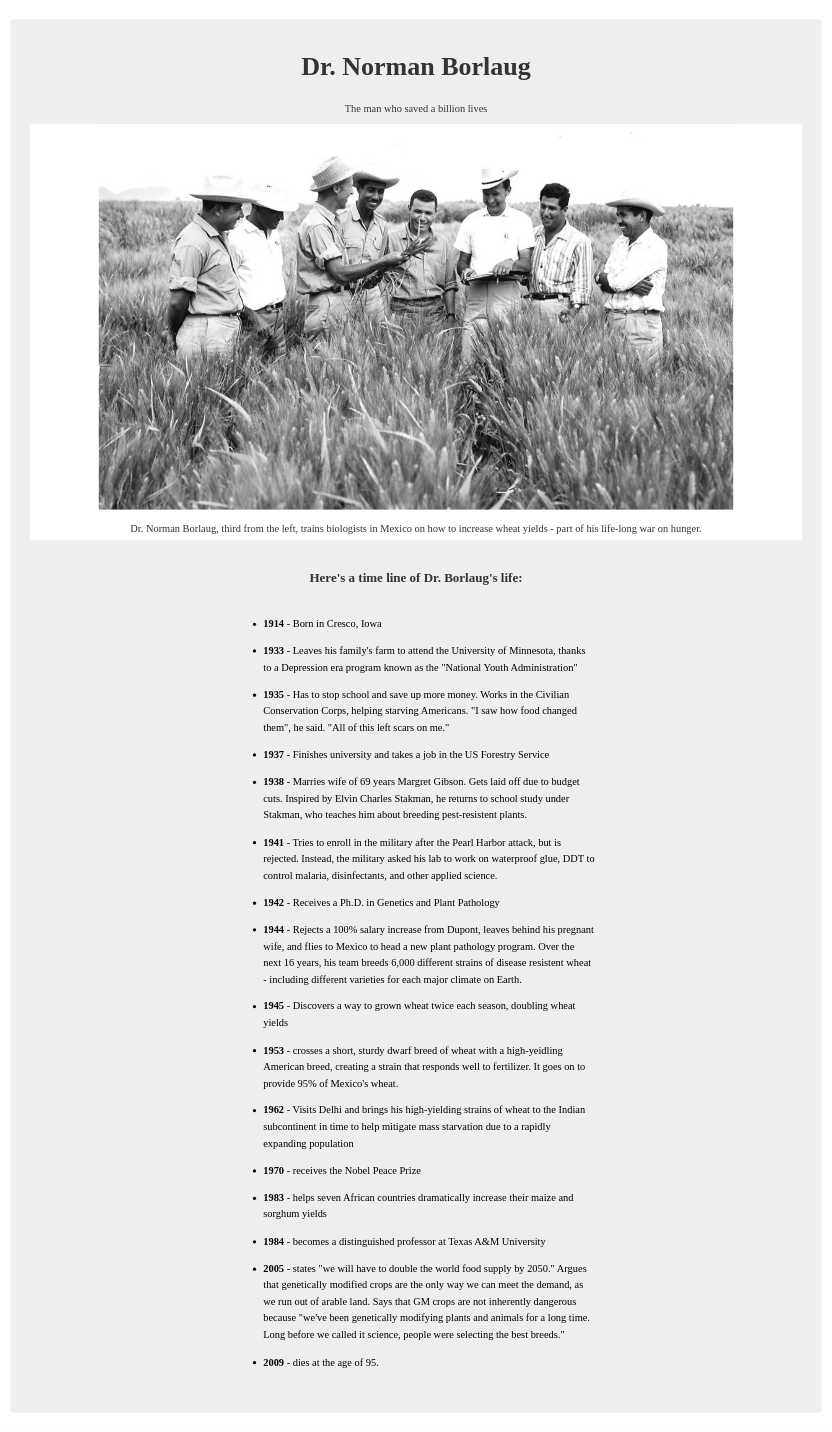
Repository: HTDuy01/github-demo
Page: freecodecamp/index.html
The author's editor kept a copy of each file at every save. The page is drawn from the files as they stood at one save, then again after the next save.
The browser window is 1280 px wide. The pictures show the whole page, at 65% of full size.

Above is the page before, as saved 2021-11-18 21:11:56.

After the next save:
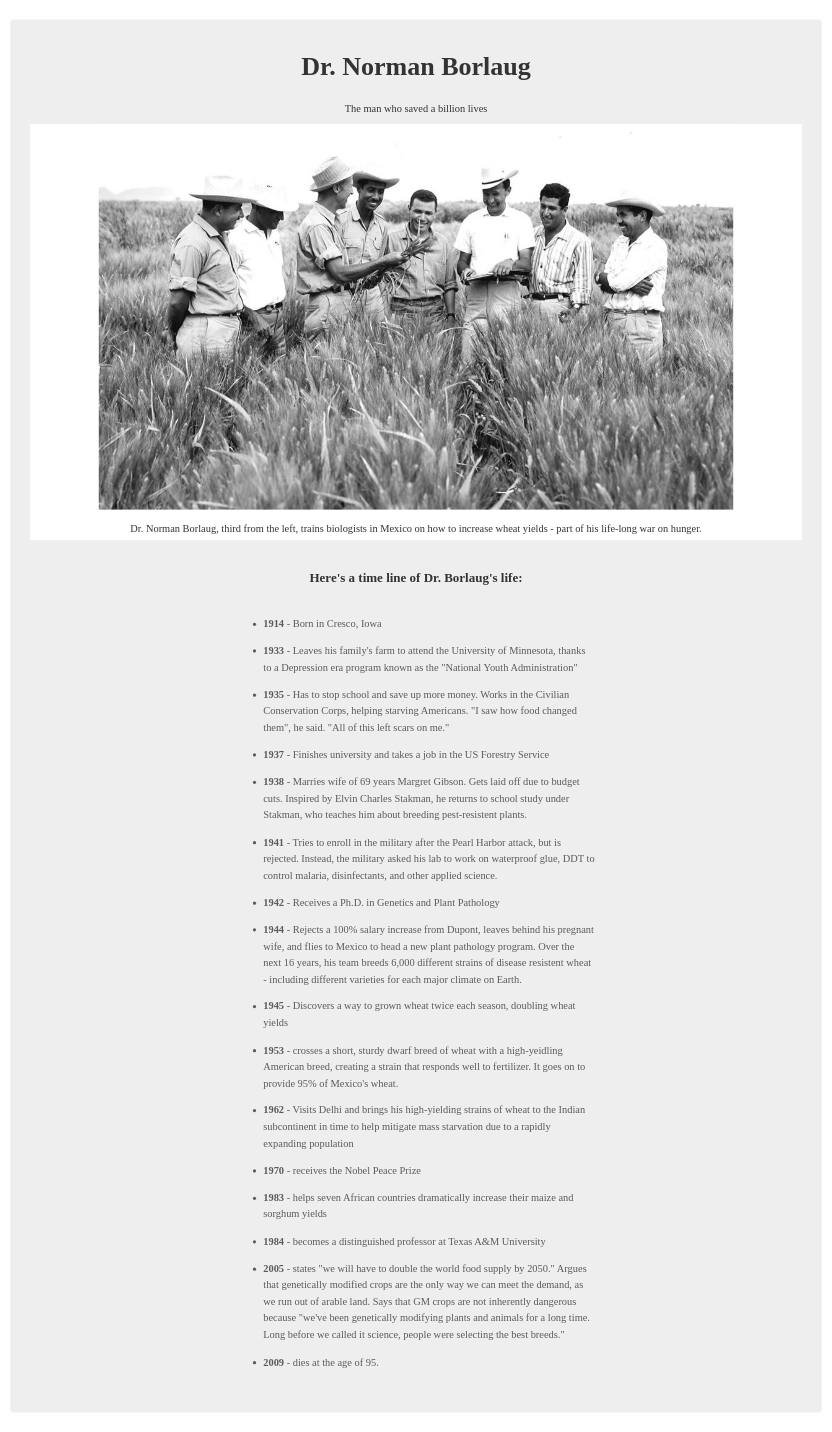
Saved 2 min 32 s later.
--- a/freecodecamp/assets/css/style.css
+++ b/freecodecamp/assets/css/style.css
@@ -61,5 +61,5 @@
 .content-item {
     font-size: 1.6rem;
     margin: 16px 0;
-    /* color: #eee; */
+    color: rgb(91,91,91);
 }
